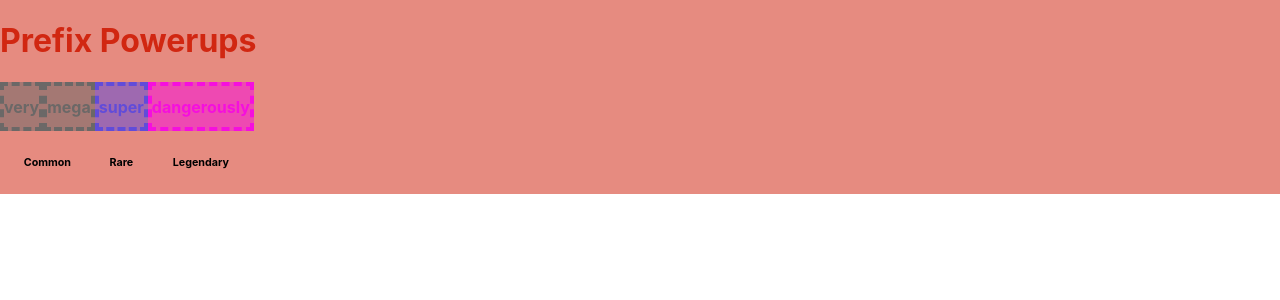
Repository: bsalgado98/buns-inator
Page: /
These files come from the project's save history. The page is drawn as it stood at one moment and after the next save; the edit follows.
The browser window is 1280 px wide. The pictures show the whole page.
The project was rebuilt for these pictures with package versions that can differ from the ones it lists, and the page was loaded fresh each time.

Above is the page before, as saved 2022-04-25 22:33:09.

### src/index.css
body {
    margin: 0;
    padding: 0;
    font-family: -apple-system, BlinkMacSystemFont, 'Segoe UI', 'Roboto', 'Oxygen',
        'Ubuntu', 'Cantarell', 'Fira Sans', 'Droid Sans', 'Helvetica Neue',
        sans-serif;
    -webkit-font-smoothing: antialiased;
    -moz-osx-font-smoothing: grayscale;
}

code {
    font-family: source-code-pro, Menlo, Monaco, Consolas, 'Courier New', monospace;
}

### src/App.js
import './App.css';
import WordBank from './components/WordBank/WordBank'

function App() {
    const wordList = {
        prefixPowerups: [
            {
                sectionTitle: "Common",
                words: ['very', 'mega'],
                color: "#6b6867"
            },
            {
                sectionTitle: "Rare",
                words: ['super'],
                color: "#614cd9"
            },
            {
                sectionTitle: "Legendary",
                words: ['dangerously'],
                color: "#f50fde"
            }
        ]
    }

    return (
        <div className="App">
            <WordBank bankTitle='Prefix Powerups' color="#d12711" wordCollection={wordList.prefixPowerups}/>
        </div>
    );
}

export default App;

### src/components/WordBank/WordBank.js
import createWordSection from "../../utility/wordSection"

const WordBank = ({ bankTitle = "N/A", color = "#000000", wordCollection = [] }) => {
    const styles = {
        container: {
            style: {
                backgroundColor: `${color}88`,
                display: 'flex',
                flexDirection: 'column'
            }
        },
        title: {
            style: {
                color: color
            },
            container: {
                style: {
                    display: 'flex',
                    width: '100%'
                }
            }
        },
        collectionArea: {
            style: {
                display: 'flex'
            },
            section: {
                style: {
                    display: 'flex',
                    flexDirection: 'column'
                },
                wordArea: {
                    style: {
                        display: 'flex'
                    }
                }
            }
        }
    }
    return (
        <div style={styles.container.style}>
            <div style={styles.title.container.style}>
                <h1 style={styles.title.style}>{bankTitle}</h1>
            </div>
            <div style={styles.collectionArea.style}>
                {wordCollection.map((section, i) => {
                    console.log(section.sectionTitle)
                    return (
                        <div key={`section-${i}`} style={styles.collectionArea.section.style}>
                            <div style={styles.collectionArea.section.wordArea.style}>
                                {createWordSection(section.words, section.color)}
                            </div>
                            <h6>{section.sectionTitle}</h6>
                        </div>
                    )
                })}
            </div>
        </div>
    )
}

export default WordBank

### src/utility/wordSection.js
import WordCard from "../components/WordCard/WordCard";

function createWordSection(words, wordColor) {
    return words.map((word, i) => <WordCard key={`word-${i}`} text={word} color={wordColor} />)
}

export default createWordSection

### src/components/WordCard/WordCard.js
const WordCard = ({ text = "N/A", color = "#000000" }) => {
    const styles = {
        container: {
            style: {
                background: `${color}88`,
                display: 'flex',
                border: `4px dashed ${color}`
            }
        },
        text: {
            style: {
                color: color,
                fontSize: '16px'
            }
        }
    }
    return (
        <div style={styles.container.style}>
            <h1 style={styles.text.style}>{text}</h1>
        </div>
    )
}

export default WordCard

Loaded but not shown: public/index.html (common file); src/index.js (common file); src/reportWebVitals.js (common file); src/App.css (common file)

After the next save:
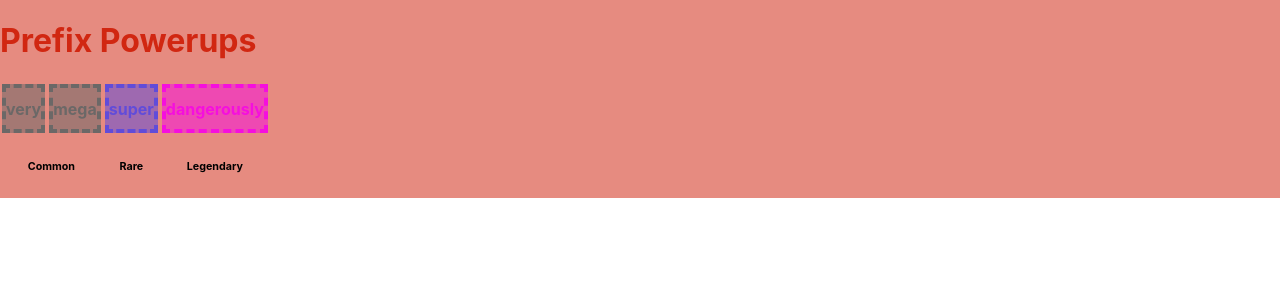
Saved 16 s later.
--- a/src/components/WordCard/WordCard.js
+++ b/src/components/WordCard/WordCard.js
@@ -4,7 +4,8 @@ const WordCard = ({ text = "N/A", color = "#000000" }) => {
             style: {
                 background: `${color}88`,
                 display: 'flex',
-                border: `4px dashed ${color}`
+                border: `4px dashed ${color}`,
+                margin: '2px'
             }
         },
         text: {
